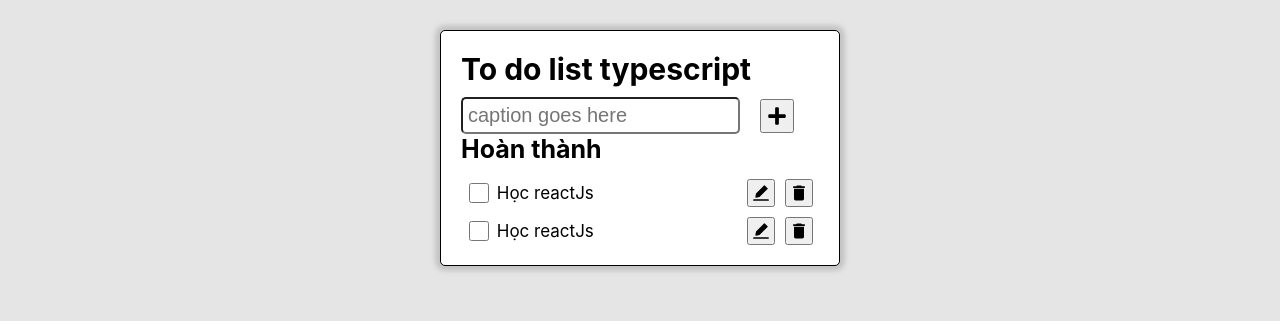
Repository: Nhatktvn/TodoListReactTs
Page: /
The author's editor kept a copy of each file at every save. The page is drawn from the files as they stood at one save, then again after the next save.
The browser window is 1280 px wide. The pictures show the whole page.
The project was rebuilt for these pictures with package versions that can differ from the ones it lists, and the page was loaded fresh each time.

Above is the page before, as saved 2023-11-08 09:10:22.

After the next save:
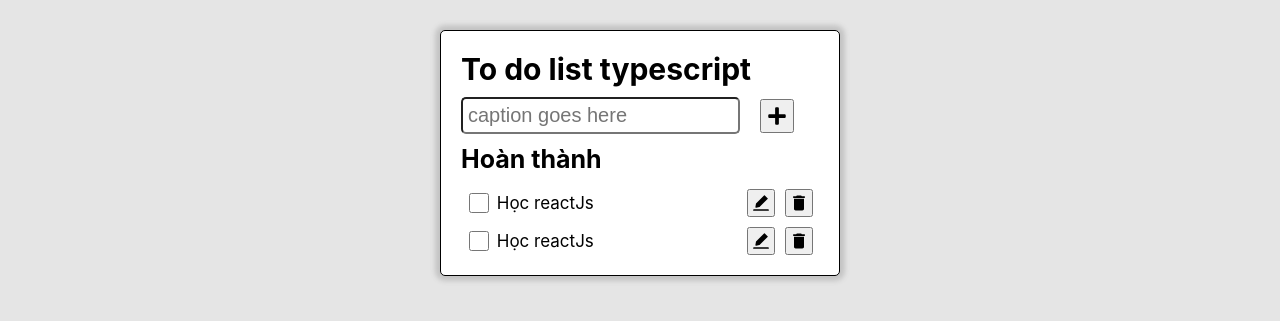
Saved 32 s later.
--- a/src/components/TaskInput/taskInput.module.scss
+++ b/src/components/TaskInput/taskInput.module.scss
@@ -8,6 +8,7 @@
   justify-content: left;
   align-items: center;
   gap: 2rem;
+  margin-bottom: 1rem;
   input {
     padding: 5px;
     border-radius: 5px;
